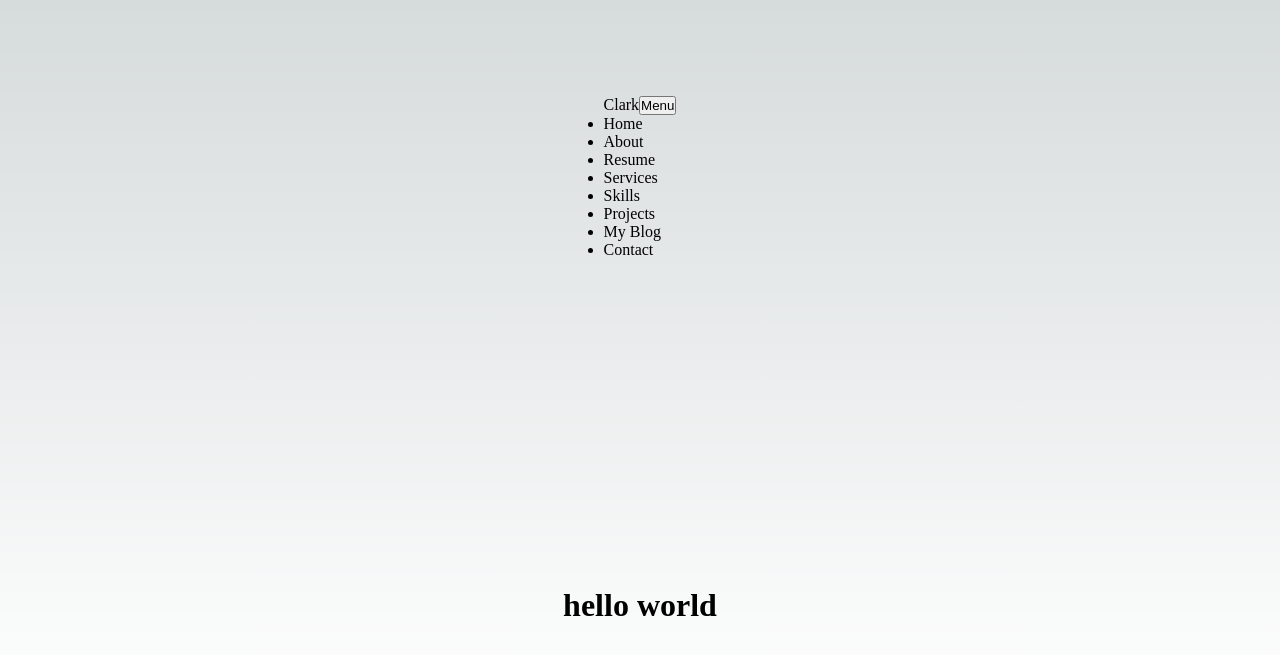
Repository: gtenorlas/codeit
Page: /
These files come from the project's save history. The page is drawn as it stood at one moment and after a run of saves; the edit follows.
The browser window is 1280 px wide. The pictures show the whole page.
The project was rebuilt for these pictures with package versions that can differ from the ones it lists, and the page was loaded fresh each time. The framework's server and built-in components were replaced by stand-ins that run in the browser. Also part of the build but not shown: next.config.js.

Above is the page before, as saved 2023-03-08 13:43:48.

### pages/index.js
import Head from 'next/head'
import Image from 'next/image'
import { Inter } from 'next/font/google'
import styles from '@/styles/Home.module.css'
import Link from 'next/link'
import Header from '@/components/Header'

const inter = Inter({ subsets: ['latin'] })

export default function Home () {
  return (
    <>
      <Head>
        <title>Create Next App</title>
        <meta name='description' content='Generated by create next app' />
        <meta name='viewport' content='width=device-width, initial-scale=1' />
        <link rel='icon' href='/favicon.ico' />
      </Head>
      <main className={styles.main}>
        <Header>
          <nav>
            <Link href='lessons'>Lessons</Link>
            <Link href='about'>About Us</Link>
          </nav>
        </Header>

        <h1>hello world</h1>
      </main>
    </>
  )
}

### src/components/Header/Header.jsx
const Header = (props) => {
  return (
    <nav
      class="navbar navbar-expand-lg navbar-dark ftco_navbar ftco-navbar-light site-navbar-target"
      id="ftco-navbar"
    >
      <div class="container">
        <a class="navbar-brand" href="index.html">
          Clark
        </a>
        <button
          class="navbar-toggler js-fh5co-nav-toggle fh5co-nav-toggle"
          type="button"
          data-toggle="collapse"
          data-target="#ftco-nav"
          aria-controls="ftco-nav"
          aria-expanded="false"
          aria-label="Toggle navigation"
        >
          <span class="oi oi-menu"></span> Menu
        </button>

        <div class="collapse navbar-collapse" id="ftco-nav">
          <ul class="navbar-nav nav ml-auto">
            <li class="nav-item">
              <a href="#home-section" class="nav-link">
                <span>Home</span>
              </a>
            </li>
            <li class="nav-item">
              <a href="#about-section" class="nav-link">
                <span>About</span>
              </a>
            </li>
            <li class="nav-item">
              <a href="#resume-section" class="nav-link">
                <span>Resume</span>
              </a>
            </li>
            <li class="nav-item">
              <a href="#services-section" class="nav-link">
                <span>Services</span>
              </a>
            </li>
            <li class="nav-item">
              <a href="#skills-section" class="nav-link">
                <span>Skills</span>
              </a>
            </li>
            <li class="nav-item">
              <a href="#projects-section" class="nav-link">
                <span>Projects</span>
              </a>
            </li>
            <li class="nav-item">
              <a href="#blog-section" class="nav-link">
                <span>My Blog</span>
              </a>
            </li>
            <li class="nav-item">
              <a href="#contact-section" class="nav-link">
                <span>Contact</span>
              </a>
            </li>
          </ul>
        </div>
      </div>
    </nav>
  );
};

export default Header;

Loaded but not shown: pages/_app.js (common file); pages/_document.js (common file); styles/globals.css (common file); styles/Home.module.css (common file)

After the next 3 saves:
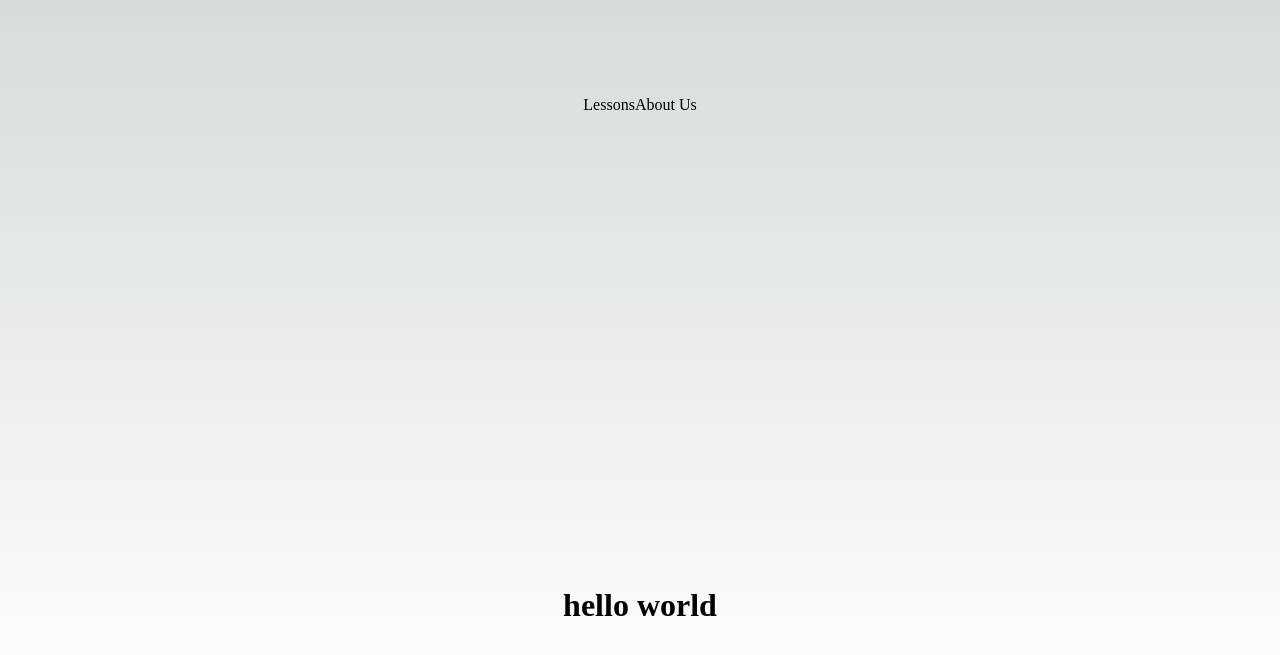
The 3 saves are shown as one change because 2 did not build or start.
The last was saved 38 s later.
--- a/pages/index.js
+++ b/pages/index.js
@@ -3,7 +3,6 @@ import Image from 'next/image'
 import { Inter } from 'next/font/google'
 import styles from '@/styles/Home.module.css'
 import Link from 'next/link'
-import Header from '@/components/Header'
 
 const inter = Inter({ subsets: ['latin'] })
 
@@ -17,12 +16,12 @@ export default function Home () {
         <link rel='icon' href='/favicon.ico' />
       </Head>
       <main className={styles.main}>
-        <Header>
+        <header>
           <nav>
             <Link href='lessons'>Lessons</Link>
             <Link href='about'>About Us</Link>
           </nav>
-        </Header>
+        </header>
 
         <h1>hello world</h1>
       </main>
